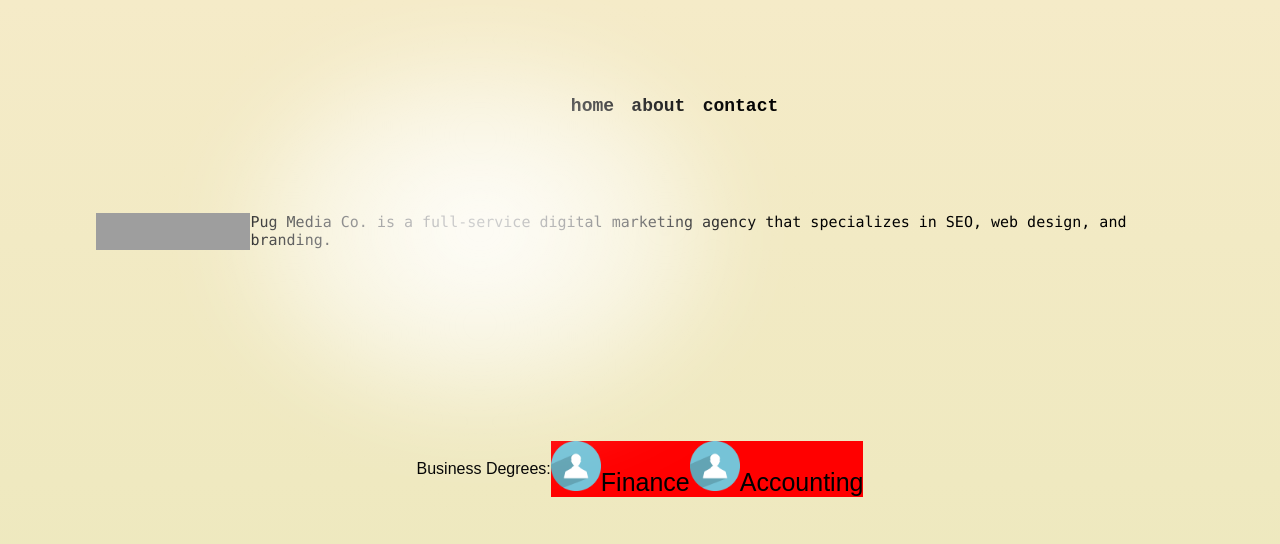
Repository: cheungglenda/MDIA2109-Week3
Page: /
The author's editor kept a copy of each file at every save. The page is drawn from the files as they stood at one save, then again after the next save.
The browser window is 1280 px wide. The pictures show the whole page.
Pictures or frames that could not be fetched are drawn as grey boxes. The project was rebuilt for these pictures with package versions that can differ from the ones it lists, and the page was loaded fresh each time. The framework's server and built-in components were replaced by stand-ins that run in the browser. Also part of the build but not shown: next.config.js.

Above is the page before, as saved 2023-01-20 13:24:51.

After the next save:
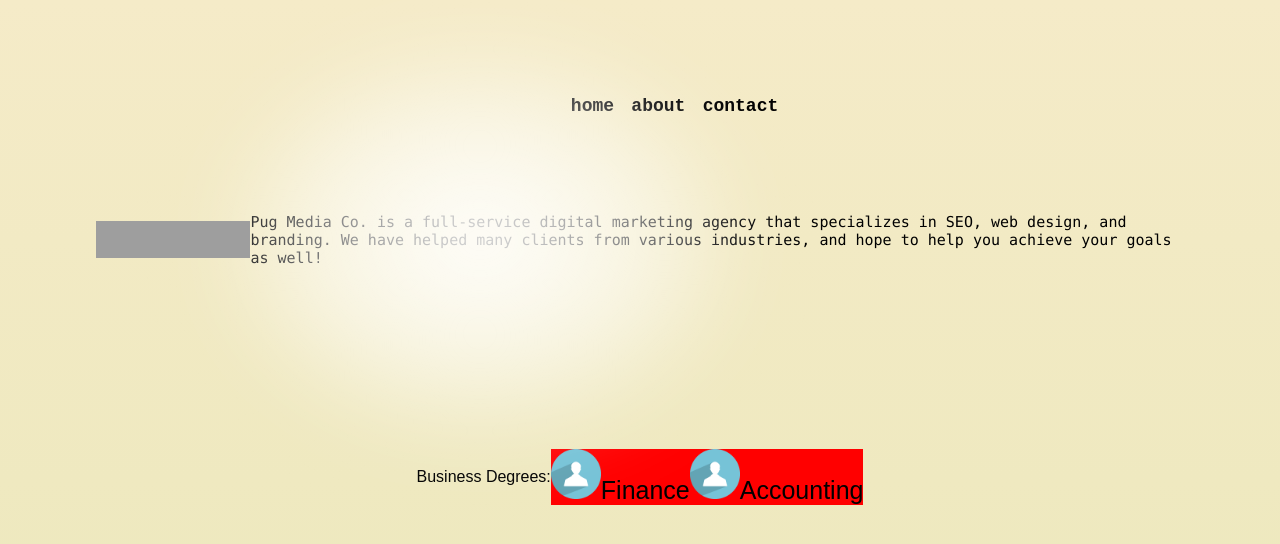
Saved 21 s later.
--- a/pages/index.js
+++ b/pages/index.js
@@ -40,7 +40,7 @@ export default function Home() {
             priority
           />
           <div className={styles.description}>
-            Pug Media Co. is a full-service digital marketing agency that specializes in SEO, web design, and branding.
+            Pug Media Co. is a full-service digital marketing agency that specializes in SEO, web design, and branding. We have helped many clients from various industries, and hope to help you achieve your goals as well!
           </div>
         </div>
 
